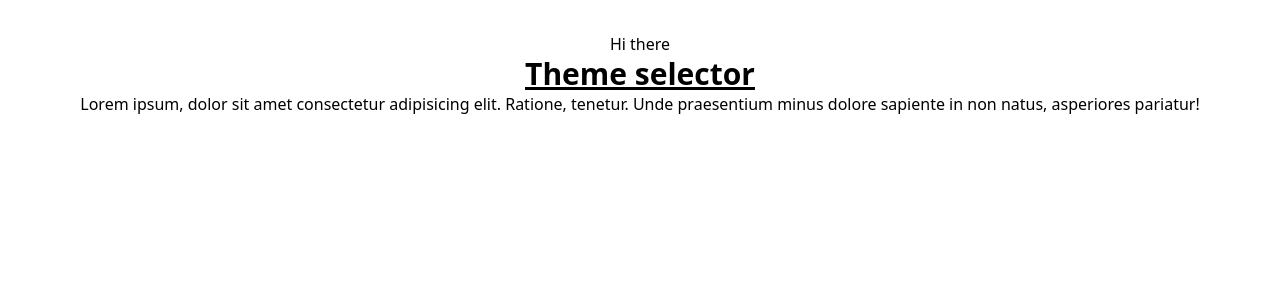
Repository: prince-bansal/tailwind-theme-switcher
Page: /
An editor plug-in stored every save of this project. The page is shown before and after the next save, followed by the edit.
The browser window is 1280 px wide. The pictures show the whole page.
The project was rebuilt for these pictures with package versions that can differ from the ones it lists, and the page was loaded fresh each time. Also part of the build but not shown: vite.config.ts.

Above is the page before, as saved 2024-03-17 19:06:01.

### src/App.tsx
import './App.css'

function App() {

  return (
    <>
      <p>Hi there</p>
      <h1 className="text-3xl font-bold underline">Theme selector</h1>
      <p>Lorem ipsum, dolor sit amet consectetur adipisicing elit. Ratione, tenetur. Unde praesentium minus dolore sapiente in non natus, asperiores pariatur!</p>
    </>
  );
}

export default App

Loaded but not shown: index.html (common file); src/main.tsx (common file); src/index.css (common file); src/App.css (common file); tailwind.config.js (common file)

After the next save:
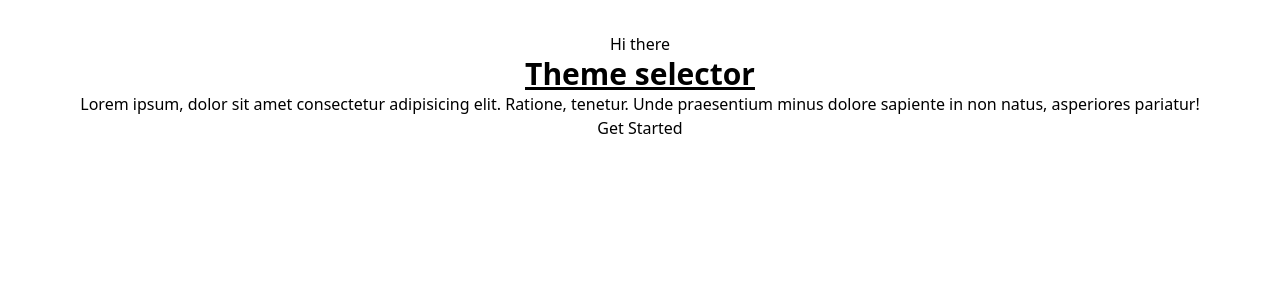
Saved 11 s later.
--- a/src/App.tsx
+++ b/src/App.tsx
@@ -7,6 +7,7 @@ function App() {
       <p>Hi there</p>
       <h1 className="text-3xl font-bold underline">Theme selector</h1>
       <p>Lorem ipsum, dolor sit amet consectetur adipisicing elit. Ratione, tenetur. Unde praesentium minus dolore sapiente in non natus, asperiores pariatur!</p>
+      <button>Get Started</button>
     </>
   );
 }
